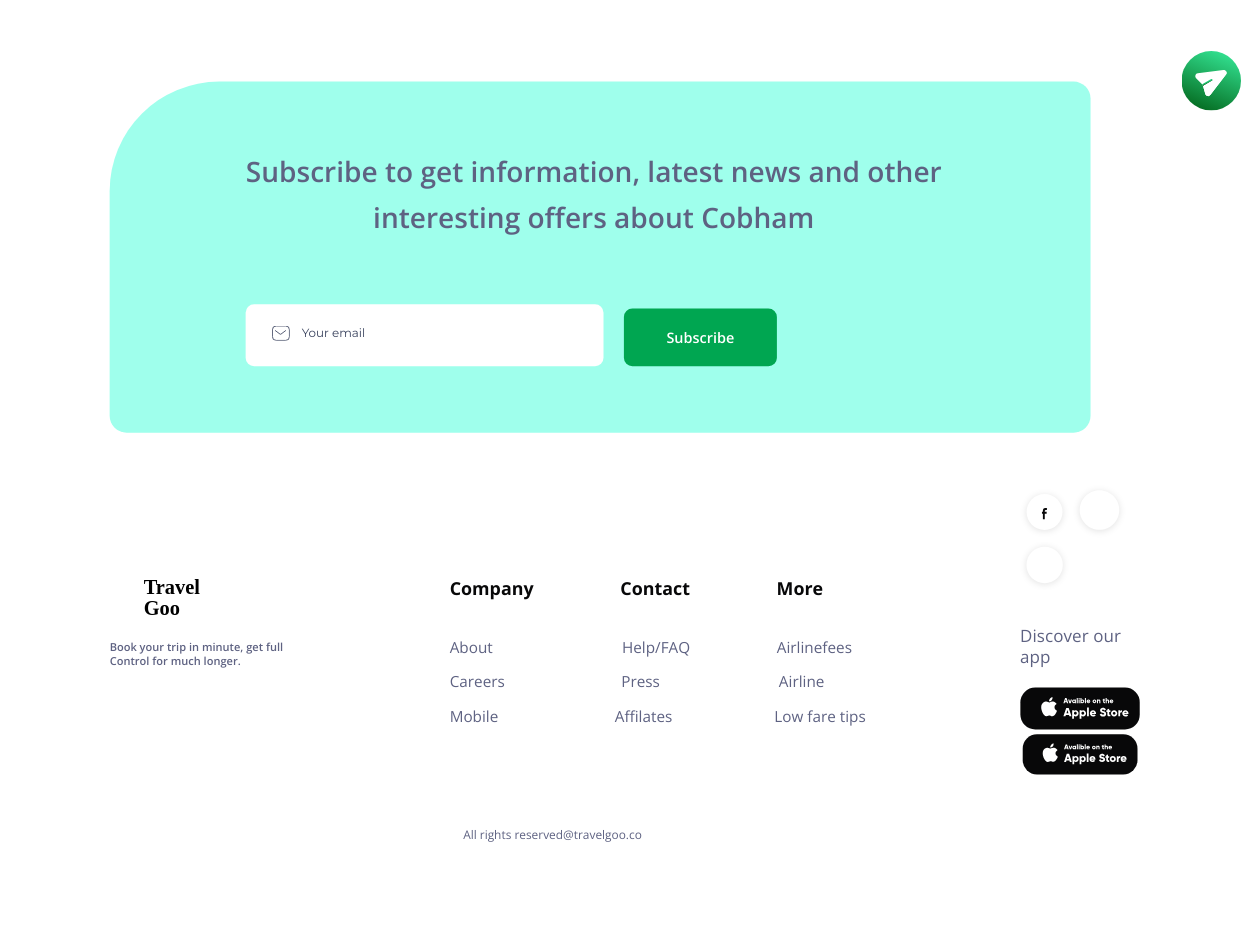
Repository: HeybetzadeQedim/task-5
Page: index.html
An editor plug-in stored every save of this project. The page is shown before and after a run of saves, followed by the edit.
The browser window is 1280 px wide. The page is 1460 px wide, so the pictures cover 1460 px, including what lies to the right of the window. The pictures show the whole page, at 85% of full size.
Some web fonts or font styles are not loaded; a fallback is used.

Above is the page before, as saved 2023-10-16 15:40:06.

After the next 2 saves:
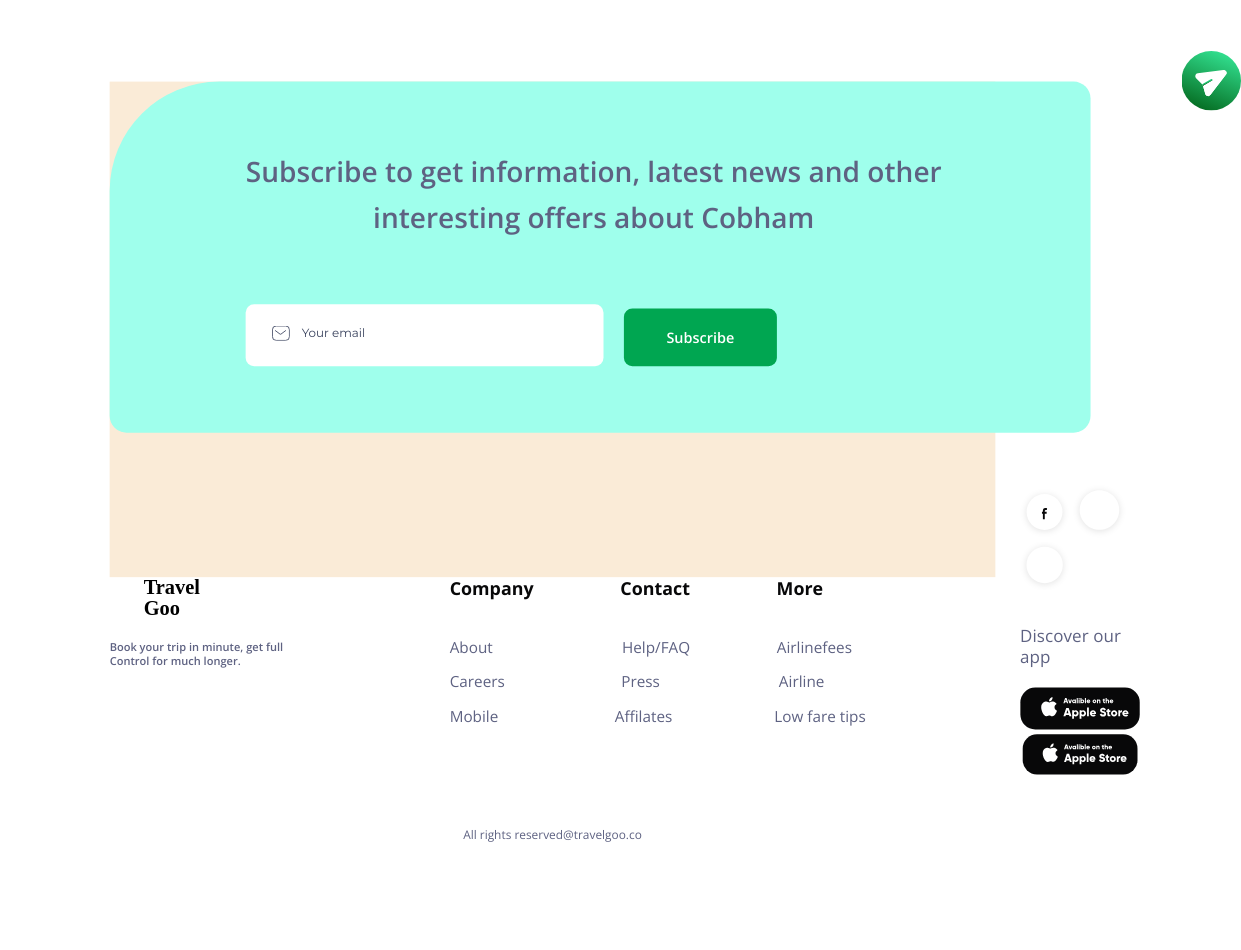
The 2 saves are shown as one change because they came seconds apart.
The last was saved 6 s later.
--- a/index.css
+++ b/index.css
@@ -35,7 +35,9 @@
   top: 60px;
   left: 1390px;
 }
-.relative-container
+.relative-container{
+  background-color: antiquewhite;
+}
 .flex-container {
   display: flex;
 }
